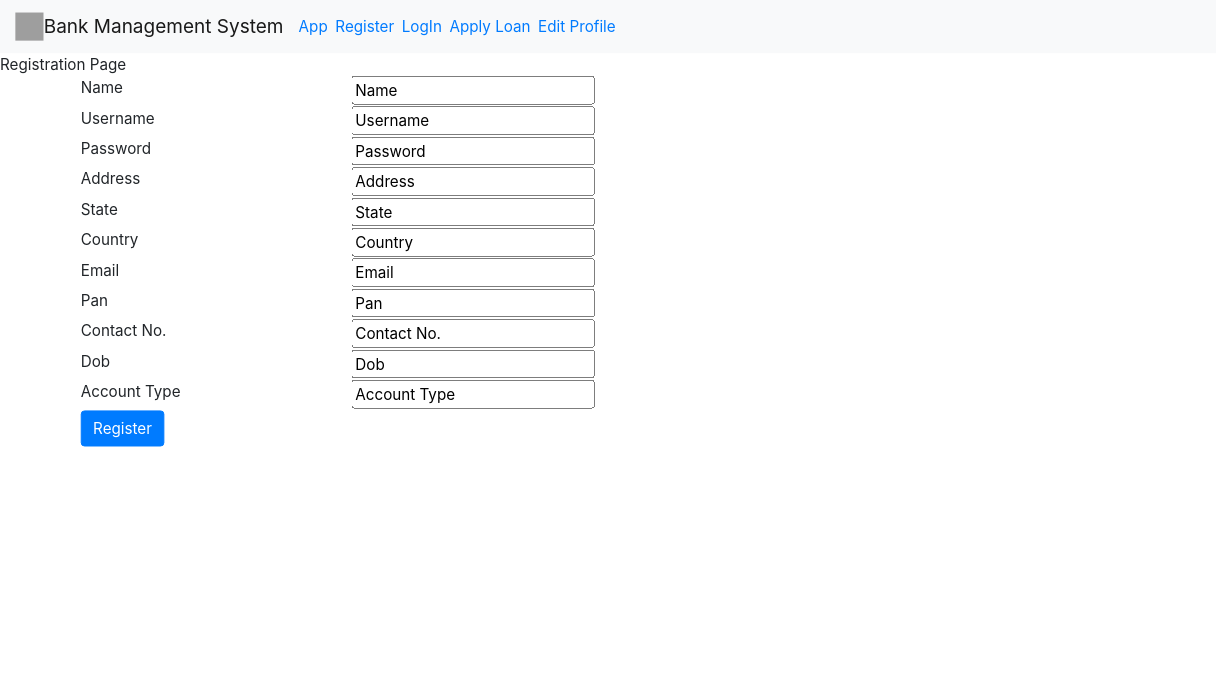
Repository: Nilkumar-Sharma/Bank-Management-System-Frontend-React
Page: /register
These files come from the project's save history. The page is drawn as it stood at one moment and after a run of saves; the edit follows.
The browser window is 1280 px wide. The pictures show the whole page, at 95% of full size.
Pictures or frames that could not be fetched are drawn as grey boxes. The project was rebuilt for these pictures with package versions that can differ from the ones it lists, and the page was loaded fresh each time. Also part of the build but not shown: src/App.css, src/Counter/Counter.js, src/App.js, src/components/Register/Register.module.scss, src/components/LogIn/LogIn.module.scss, src/components/LogIn/LogIn.js, src/components/Loan/Loan.module.scss, src/components/Loan/Loan.js and 1 more.

Above is the page before, as saved 2020-07-28 13:30:41.

### src/index.js
import React from 'react';
import ReactDOM from 'react-dom';
import './index.css';
import App from './App';
import * as serviceWorker from './serviceWorker';
import { Provider } from 'react-redux'
import { createStore } from 'redux'
import rootReducer from './store/reducer'
import { BrowserRouter, Switch,Route,Link } from 'react-router-dom';
import Register from './components/Register/Register'
import { createBrowserHistory } from 'history';
import 'bootstrap/dist/css/bootstrap.min.css';
import LogIn from './components/LogIn/LogIn';
import Loan from './components/Loan/Loan'
import UpdateProfile from './components/Profile/UpdateProfile';

const store = createStore(rootReducer);
store.subscribe(_=>console.log(store.getState()))

ReactDOM.render(
  <Provider store={store}>
    <React.StrictMode>
      <BrowserRouter>

        <nav className="navbar navbar-expand-lg navbar-light bg-light ">
          {/* header */}
          <a className="navbar-brand" href="#">
            <img src="/docs/4.0/assets/brand/bootstrap-solid.svg" width="30" height="30" className="d-inline-block align-top" alt=""></img>
              Bank Management System
  </a>

          <ul className="navbar-nav  mr-auto">
          <li className="nav-item mr-2">
            <Link to="/">App</Link>
            </li>
            <li className="nav-item mr-2">
            <Link to="/register">Register</Link>
          </li>
            <li className="nav-item mr-2">
            <Link to="/login">LogIn</Link>
            </li>
            <li className="nav-item mr-2">
              <Link to="/loan">Apply Loan</Link>
            </li>
            <li className="nav-item mr-2">
              <Link to="/edit">Edit Profile</Link>
            </li>
          </ul>
        </nav>


      {/* A <Switch> looks through its children <Route>s and
            renders the first one that matches the current URL. */}
      <Switch>
        <Route exact path="/">
          <App />
          </Route>
          <Route exact path="/register">
            <Register />
          </Route>
          <Route path="/login">
            <LogIn/>
          </Route>
          <Route path="/loan">
            <Loan></Loan>
          </Route>
          <Route path="/edit">
            <UpdateProfile></UpdateProfile>
          </Route>
      </Switch>
      </BrowserRouter>
    </React.StrictMode>

  </Provider>,
  document.getElementById('root')
);

// If you want your app to work offline and load faster, you can change
// unregister() to register() below. Note this comes with some pitfalls.
// Learn more about service workers: https://bit.ly/CRA-PWA
serviceWorker.unregister();

### src/store/reducer.js
const initialState = {
    counter: 0
};

const rootReducer = (state = initialState, action) => {
    switch (action.type){
    case "INC":
            return { counter: state.counter + 1 }
        case "DEC":
            return { counter: state.counter - 1 }
        default:
            return state
}
}
export default rootReducer;

### src/components/Register/Register.js
import React, { Component } from 'react';
import InputField from '../Shared/InputField/InputField'
import style from './Register.module.scss';
import MyButton from '../Shared/MyButton/MyButton'
/**
 *  As a Customer, I should be able to register my details in the system so that I can
 * login into the system Acceptance criteria: Customer should be able register the details
 * in the system and it should be saved in the database. Customer should be able to login with
 * a User Id and Password that exists in database.
 * On clicking logout the session should be invalidated and login page must be displayed Capture the
 * details like Name, Username, Password, Address, State, Country, Email Address, PAN, Contact No, DOB,
 * Account Type etc

*/
class Register extends Component{

    render() {
        return (<div>
            Registration Page
            <div className="container">
                <InputField Label="Name"></InputField>
                <InputField Label="Username"></InputField>
                <InputField Label="Password"></InputField>
                <InputField Label="Address"></InputField>
                <InputField Label="State"></InputField>
                <InputField Label="Country"></InputField>
                <InputField Label="Email"></InputField>
                <InputField Label="Pan"></InputField>
                <InputField Label="Contact No."></InputField>
                <InputField Label="Dob"></InputField>
                <InputField Label="Account Type"></InputField>

                <MyButton label="Register"></MyButton>









                </div>
            </div>)
        }
}
export default Register;

### src/components/Shared/InputField/InputField.js
import React, { Component } from 'react';
class InputField extends Component {
    static defaultProps = {
        type: "text",
        changes:(e)=>console.log(e.target),
        label: "Label",
        classes: "",
        value: "",
        id: "setId",
        name: "name",
        placeHolder: "PlaceHolder Here",
    }
    constructor(props) {
        super(props);
        this.state = {
            value: this.props.Label
        }

    }
    handleChange(event) {
        this.setState({ value: event.target.value });
        this.props.changes(event);
    }

    render() {
        return (
            // <div className="container-fluid">
            <div className="row">
                <div className="col-3 .offset-3 ">
                    <label htmlFor={this.props.id}>{this.props.Label}</label>

                </div>
                <div className="col-3">
                    <input name={this.props.name} id={this.props.id} type={this.props.type} onChange={
                        // (this.props.changes) || ((e)=>{this.setState({value:e.target.value})})
                        (event) =>
                            this.handleChange(event)
                    } placeholder={this.props.placeHolder} value={this.state.value}></input>

                    </div>
                {/* </div> */}



            </div>
        )
    }
}
export default InputField;

### src/components/Shared/MyButton/MyButton.js
/**
 * @props label: name of the button || default is "Label"
 * @props classes: Class Name
 * @props onClick: a function || Default is console.log("clicked")
 *
 */
import React,{Component } from 'react';

class MyButton extends Component {
    static defaultProps = {
        clicked:() => console.log("clicked "),
        label:"Button Label",
        value: "",
        classes: "btn btn-primary"
    }
    constructor(props) {
        super(props);
        console.log(this.props)

    }
    render() {
        return <button className={this.props.classes} onClick={this.props.clicked} value={this.props.value} >{this.props.label}</button>
    }

}

export default MyButton;

Loaded but not shown: public/index.html (common file); src/index.css (common file); src/serviceWorker.js (common file)

After the next 2 saves:
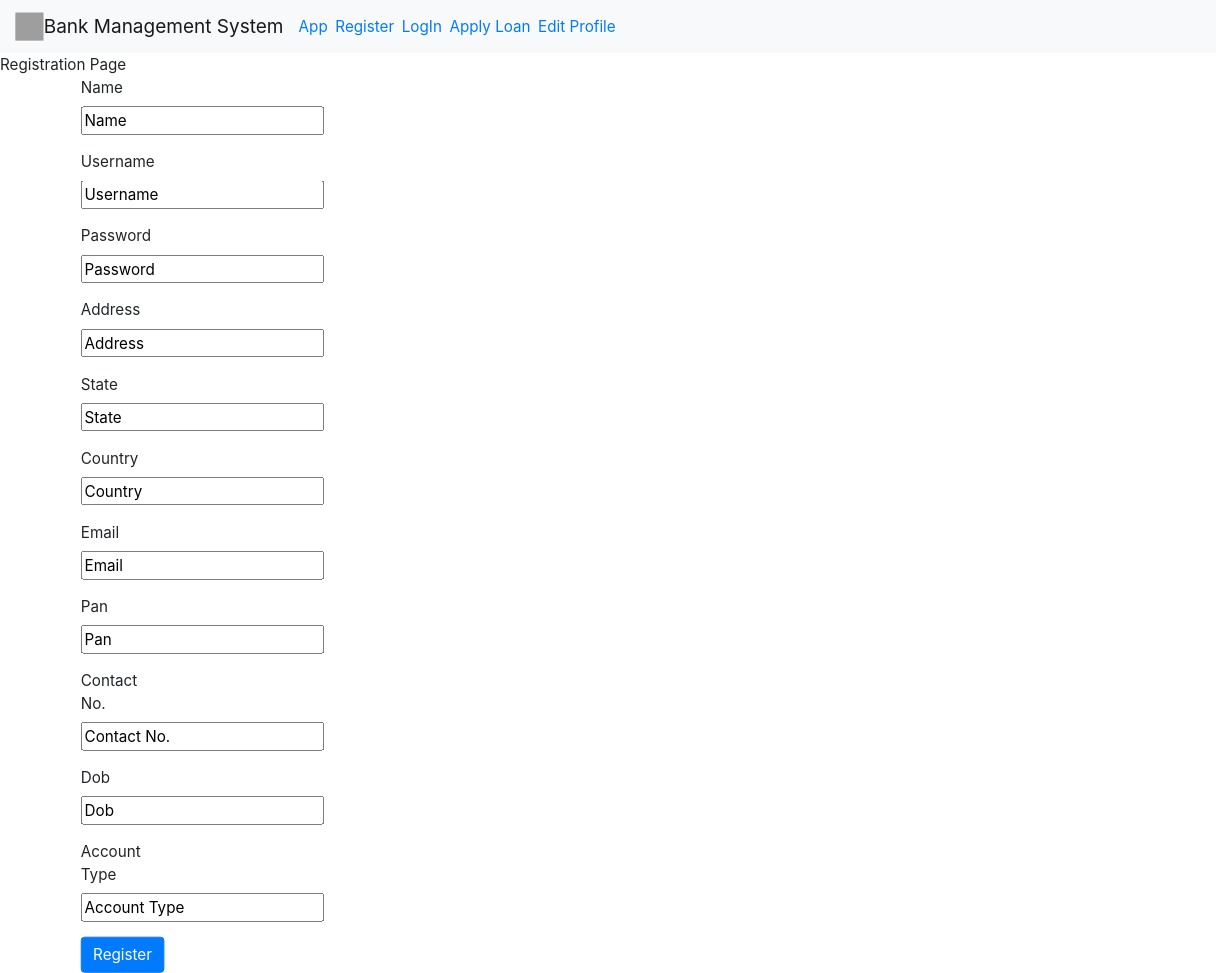
The 2 saves are shown as one change because they came seconds apart.
The last was saved 69 s later.
--- a/src/components/Shared/InputField/InputField.js
+++ b/src/components/Shared/InputField/InputField.js
@@ -8,7 +8,7 @@ class InputField extends Component {
         value: "",
         id: "setId",
         name: "name",
-        placeHolder: "PlaceHolder Here",
+        placeHolder: "P laceHolder Here",
     }
     constructor(props) {
         super(props);
@@ -26,6 +26,7 @@ class InputField extends Component {
         return (
             // <div className="container-fluid">
             <div className="row">
+                <div class="form-group">
                 <div className="col-3 .offset-3 ">
                     <label htmlFor={this.props.id}>{this.props.Label}</label>
 
@@ -38,10 +39,7 @@ class InputField extends Component {
                     } placeholder={this.props.placeHolder} value={this.state.value}></input>
 
                     </div>
-                {/* </div> */}
-
-
-
+                </div>
             </div>
         )
     }
